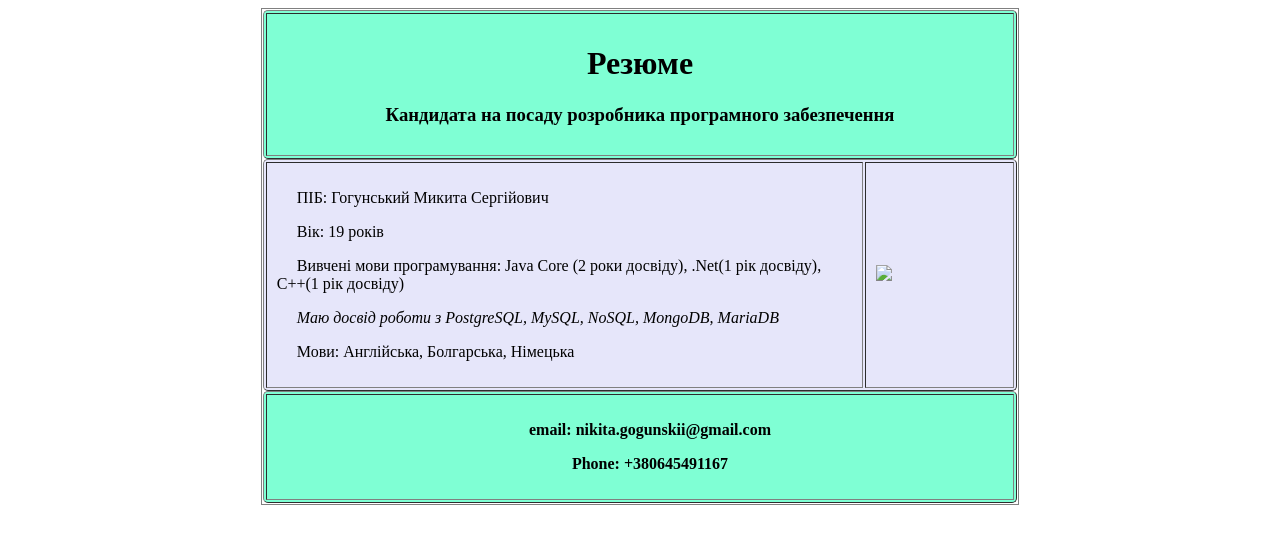
Repository: sMoonBeam/Labs
Page: AboutAuthor/WebContent/about.html
An editor plug-in stored every save of this project. The page is shown before and after the next save, followed by the edit.
The browser window is 1280 px wide. The pictures show the whole page.

Above is the page before, as saved 2019-09-24 22:00:32.
Not found: AboutAuthor/WebContent/photo.jpg

### AboutAuthor/WebContent/about.html
<!DOCTYPE html>
<html>
	<head>
		<meta charset="utf-8" />
		<title>Название сайта</title>
	</head>
	<body>
		<table border="1" align="center" rules="rows" style="width:60%;">
			<tr>
				<td>

					<table border="1" bgcolor="#7FFFD4" cellpadding="10" style="width:100%; border-radius:5px;">
						<tr>
							<th>
								<h1>Резюме</h1>
								<h3>Кандидата на посаду розробника програмного забезпечення</h3>
							</th>
						</tr>
					</table>


					<table border="1" bgcolor="#e6e6fa" cellpadding="10" style="width:100%; border-radius:5px;">
						<tr>
							<td rowspan="2" style="width:80%">
								<p style="text-indent:20px">ПIБ: Гогунський Микита Сергiйович</p>
								<p style="text-indent:20px">Вiк: 19 рокiв</p>
								<p style="text-indent:20px">Вивченi мови програмування: Java Core (2 роки досвiду), .Net(1 рiк досвiду), С++(1 рiк досвiду)</p>
								<i><p style="text-indent:20px">Маю досвiд роботи з PostgreSQL, MySQL, NoSQL, MongoDB, MariaDB</p></i>
								<p style="text-indent:20px">Мови: Англiйська, Болгарська, Нiмецька</p>
							</td>

							<td bgcolor="#e6e6fa">
								<img src="photo.jpg">
							</td>
						</tr>
					</table>

					<table border="1" bgcolor="#7FFFD4" height="100" cellpadding="10" style="width:100%; border-radius:5px;">
						<tr>
							<th>
								<p style="text-indent:20px">email: nikita.gogunskii@gmail.com</p>
								<p style="text-indent:20px">Phone: +380645491167</p>
							</th>
						</tr>
					</table>
				</td>
			</tr>
		</table>
	</body>
</html>

After the next save:
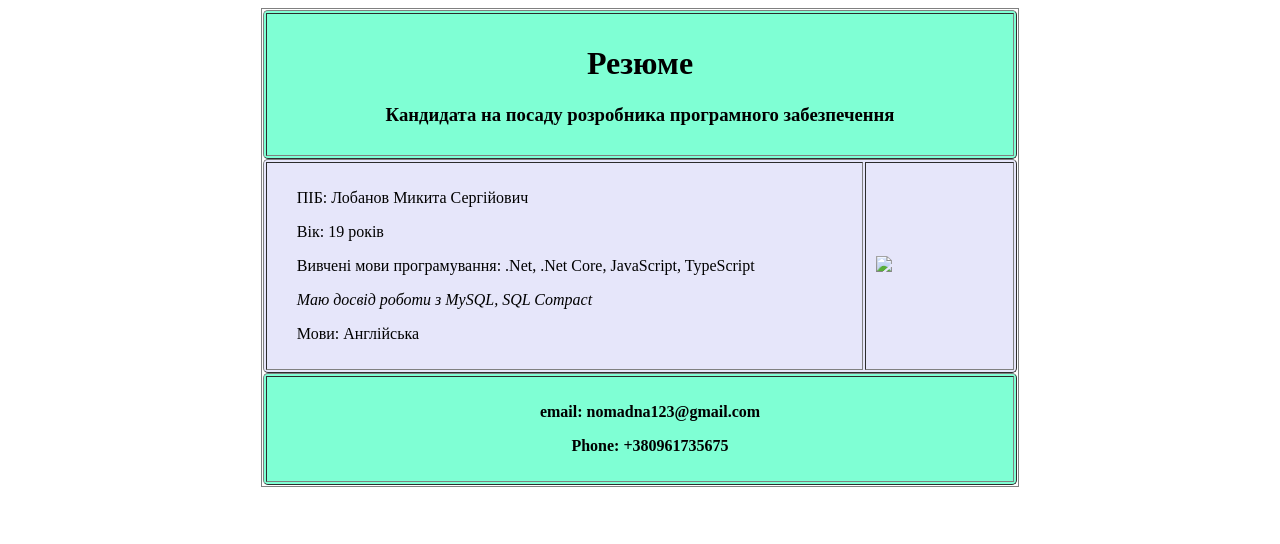
Saved 21 days later.
--- a/AboutAuthor/WebContent/about.html
+++ b/AboutAuthor/WebContent/about.html
@@ -22,11 +22,11 @@
 					<table border="1" bgcolor="#e6e6fa" cellpadding="10" style="width:100%; border-radius:5px;">
 						<tr>
 							<td rowspan="2" style="width:80%">
-								<p style="text-indent:20px">ПIБ: Гогунський Микита Сергiйович</p>
+								<p style="text-indent:20px">ПIБ: Лобанов Микита Сергійович</p>
 								<p style="text-indent:20px">Вiк: 19 рокiв</p>
-								<p style="text-indent:20px">Вивченi мови програмування: Java Core (2 роки досвiду), .Net(1 рiк досвiду), С++(1 рiк досвiду)</p>
-								<i><p style="text-indent:20px">Маю досвiд роботи з PostgreSQL, MySQL, NoSQL, MongoDB, MariaDB</p></i>
-								<p style="text-indent:20px">Мови: Англiйська, Болгарська, Нiмецька</p>
+								<p style="text-indent:20px">Вивченi мови програмування: .Net, .Net Core, JavaScript, TypeScript</p>
+								<i><p style="text-indent:20px">Маю досвiд роботи з MySQL, SQL Compact</p></i>
+								<p style="text-indent:20px">Мови: Англiйська</p>
 							</td>
 
 							<td bgcolor="#e6e6fa">
@@ -38,8 +38,8 @@
 					<table border="1" bgcolor="#7FFFD4" height="100" cellpadding="10" style="width:100%; border-radius:5px;">
 						<tr>
 							<th>
-								<p style="text-indent:20px">email: nikita.gogunskii@gmail.com</p>
-								<p style="text-indent:20px">Phone: +380645491167</p>
+								<p style="text-indent:20px">email: nomadna123@gmail.com</p>
+								<p style="text-indent:20px">Phone: +380961735675</p>
 							</th>
 						</tr>
 					</table>
